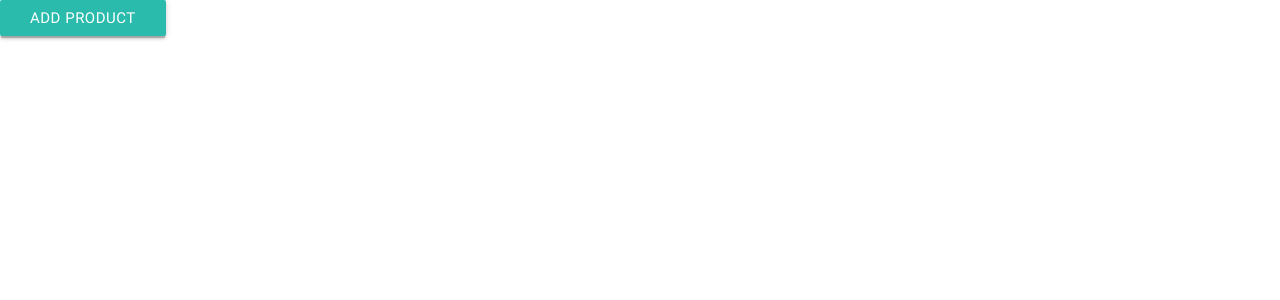
Repository: Leon2ev/lazy-brew
Page: http://localhost/get_products
The author's editor kept a record of every edit. The page is drawn from the files as they stood at one moment, then again after a run of edits.
The browser window is 1280 px wide. The pictures show the whole page.
Some web libraries are served in a nearby version. The page is served by the project's application, run on Flask 3 (app.py). Queries for data that is not in the repository find no rows.

Above is the page before.

After the next 2 edits:
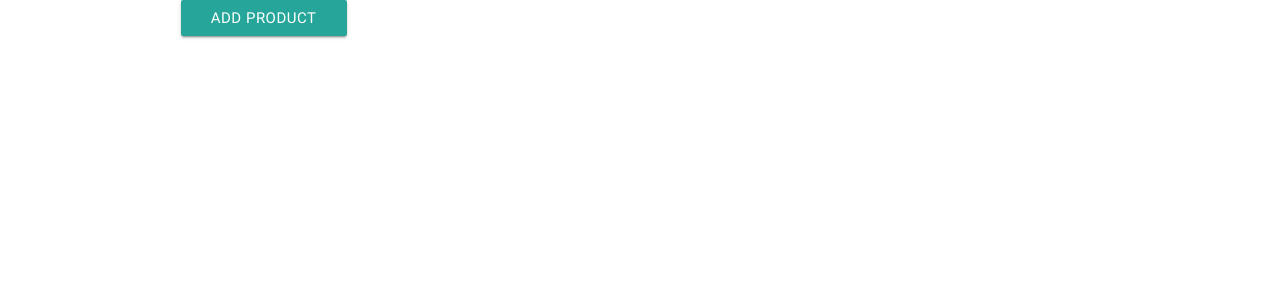
The 2 edits are shown as one change because 1 did not build or start.
The edit:
--- a/templates/products.html
+++ b/templates/products.html
@@ -1,8 +1,9 @@
 {% extends 'base.html' %}
 {% block content %}
-    {% for product in products %}
+
     <div class="container">
         <div class="row">
+            {% for product in products %}
             <div class="card col s12 m6 l3">
                 <div class="card-image waves-effect waves-block waves-light">
                      <img src="{{product.image_url}}">
